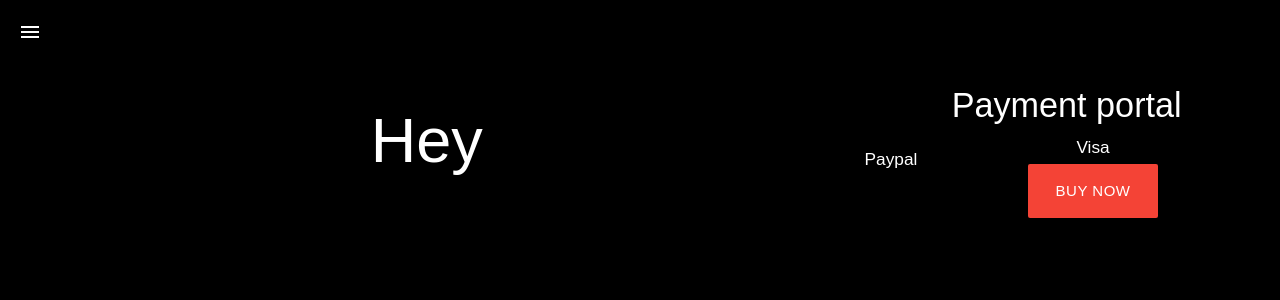
Repository: Ajtheult/final-project
Page: /cart
The author's editor kept a copy of each file at every save. The page is drawn from the files as they stood at one save, then again after the next save.
The browser window is 1280 px wide. The pictures show the whole page.
Some web fonts or font styles are not loaded; a fallback is used. Some web libraries are served in a nearby version. The project was rebuilt for these pictures with package versions that can differ from the ones it lists, and the page was loaded fresh each time. Also part of the build but not shown: src/layout/pages/LandingPage.js, src/layout/pages/About.js, src/layout/pages/catalogue/Keys.js, src/layout/pages/catalogue/String.js, src/layout/pages/catalogue/Woodwind.js, src/layout/pages/catalogue/Percussion.js, src/layout/pages/login/Login.js, src/layout/pages/login/NewSignUp.js.

Above is the page before, as saved 2020-07-23 10:36:28.

After the next save:
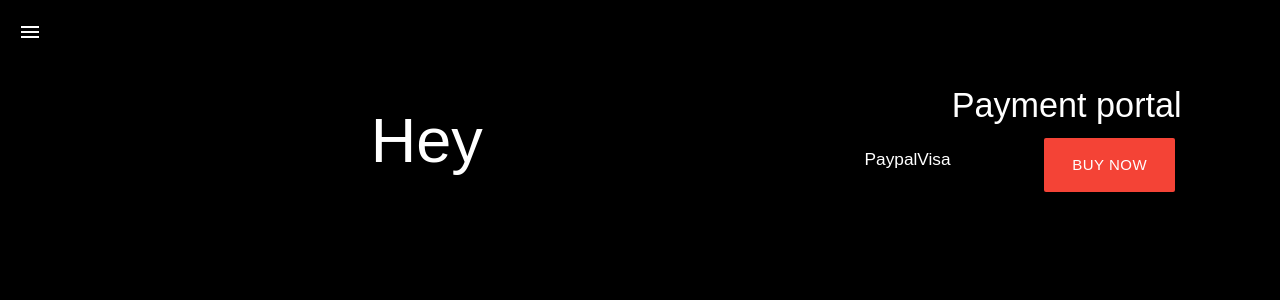
Saved 11 s later.
--- a/src/layout/pages/Cart.js
+++ b/src/layout/pages/Cart.js
@@ -12,7 +12,7 @@ const Cart = () => {
         <div class="col s4">
           <h4>Payment portal</h4>
           <h6 className="left">Paypal</h6>
-          <h6>Visa</h6>
+          <h6 className="left">Visa</h6>
           <a class="waves-effect waves-light btn-large red" href="#h">
             Buy now
           </a>
